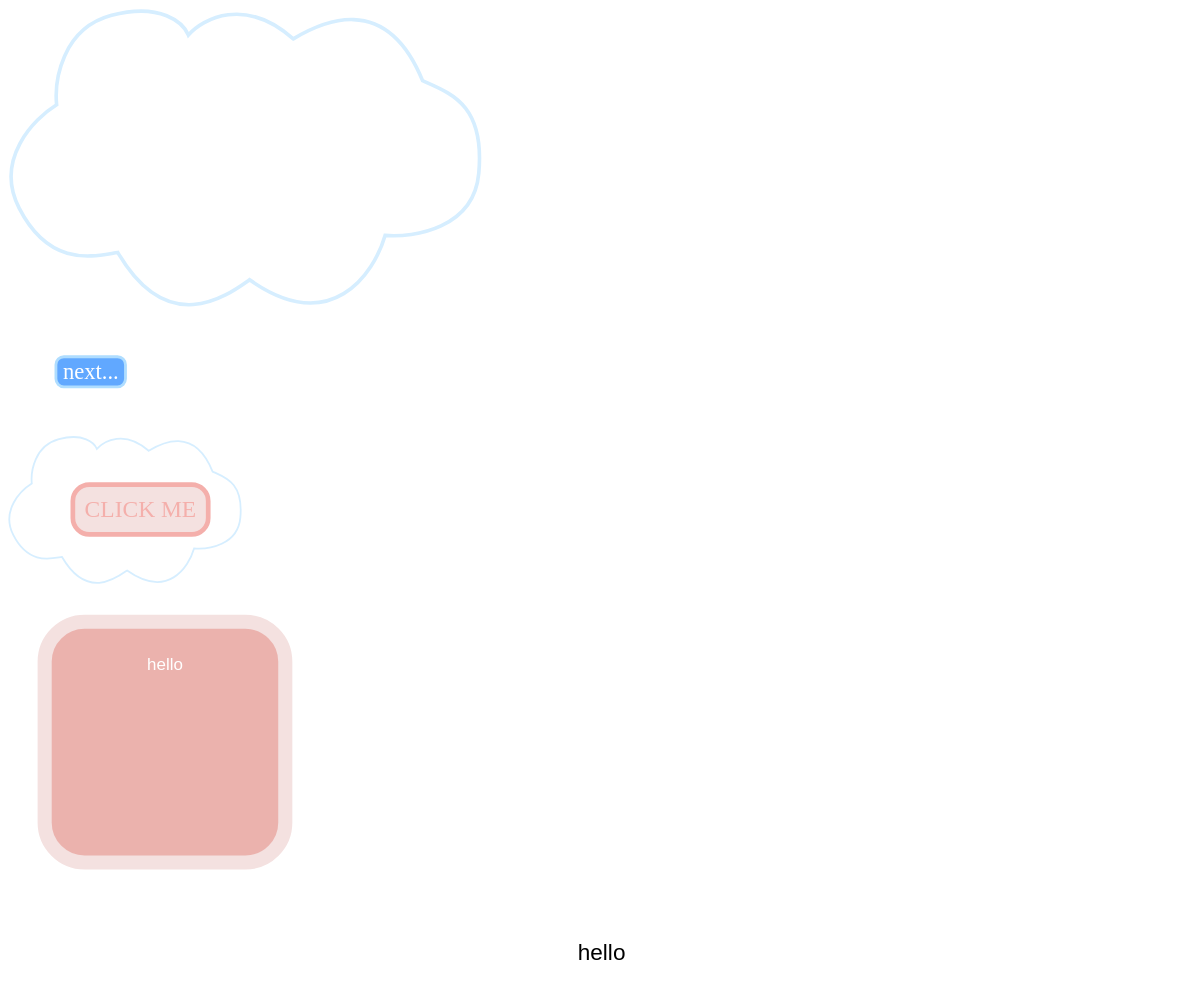
Repository: SoleilDagneau/MDIA2109Midterm
Page: index.html
The author's editor kept a copy of each file at every save. The page is drawn from the files as they stood at one save, then again after the next save.
The browser window is 1280 px wide. The pictures show the whole page, at 94% of full size.
Some web fonts or font styles are not loaded; a fallback is used.

Above is the page before, as saved 2022-03-01 19:43:50.

After the next save:
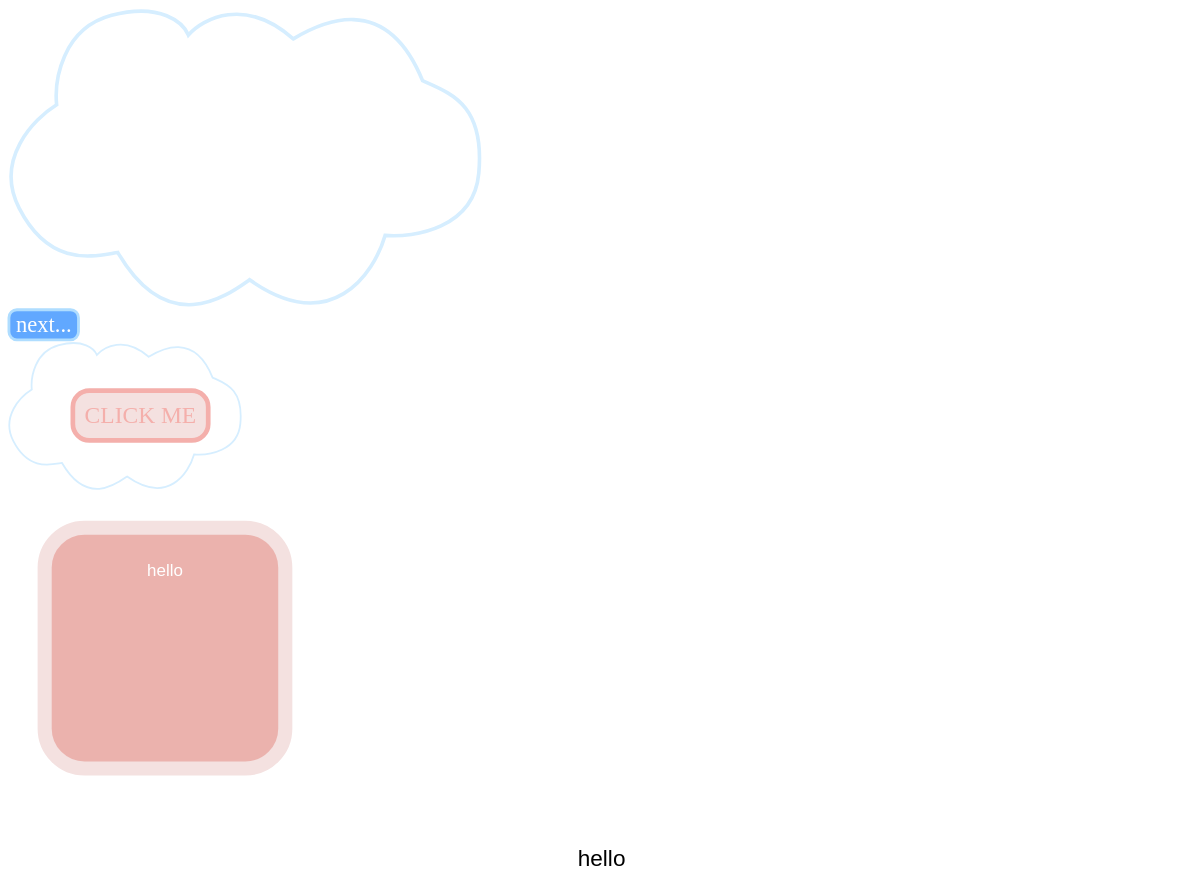
Saved 8 s later.
--- a/utils/speechbubble.js
+++ b/utils/speechbubble.js
@@ -12,7 +12,7 @@
         font-family: 'passion one', cursive;
         color: white;
         font-size:24px;
-        margin:50px;
+        left:50px;
     }
     #speech_bubble{
         width:40%;

After the 3 saves that followed:
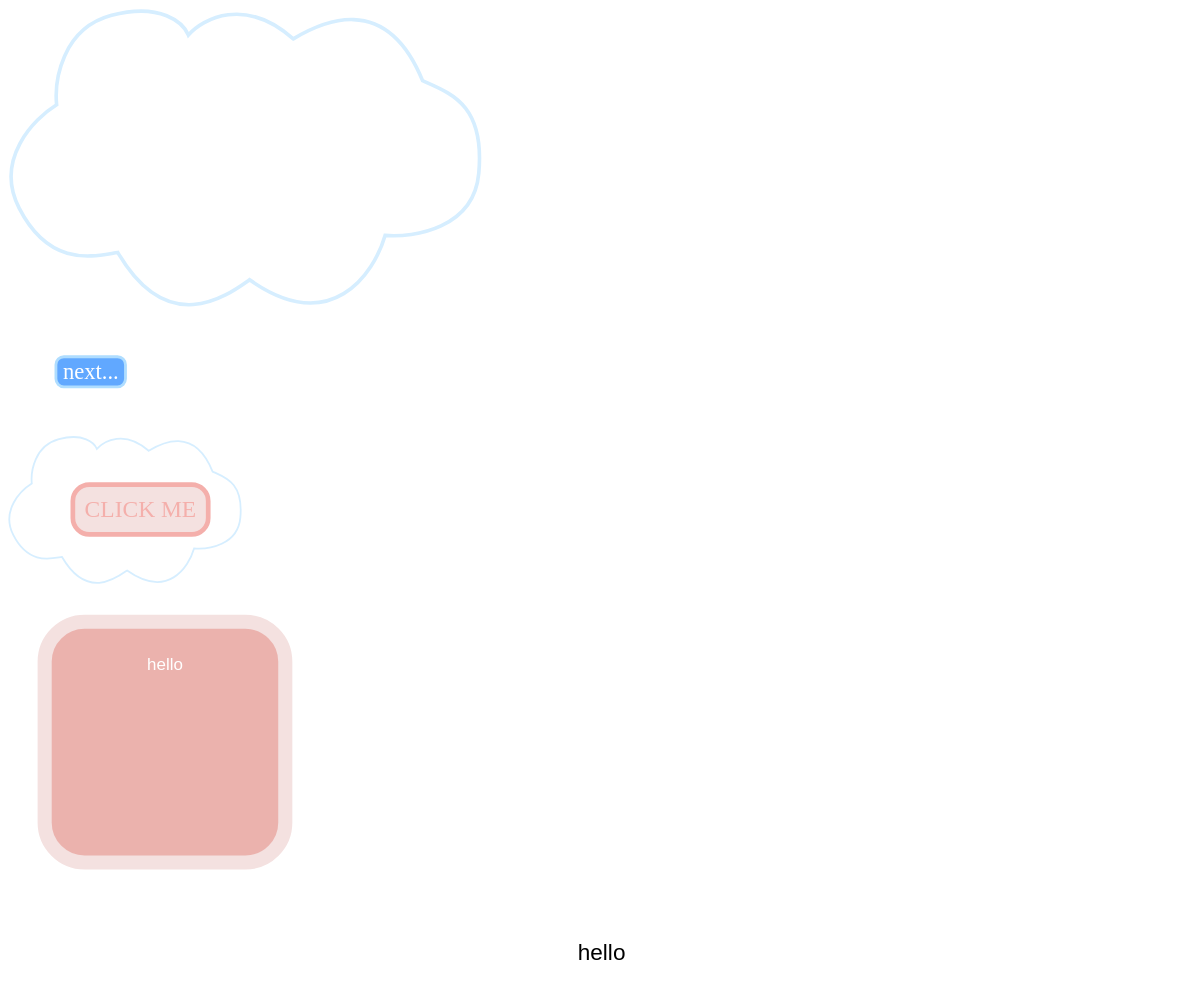
The 3 saves are shown as one change because 2 left the picture as it was.
The last was saved 22 s later.
--- a/utils/speechbubble.js
+++ b/utils/speechbubble.js
@@ -12,7 +12,7 @@
         font-family: 'passion one', cursive;
         color: white;
         font-size:24px;
-        left:50px;
+        margin:50px;
     }
     #speech_bubble{
         width:40%;
